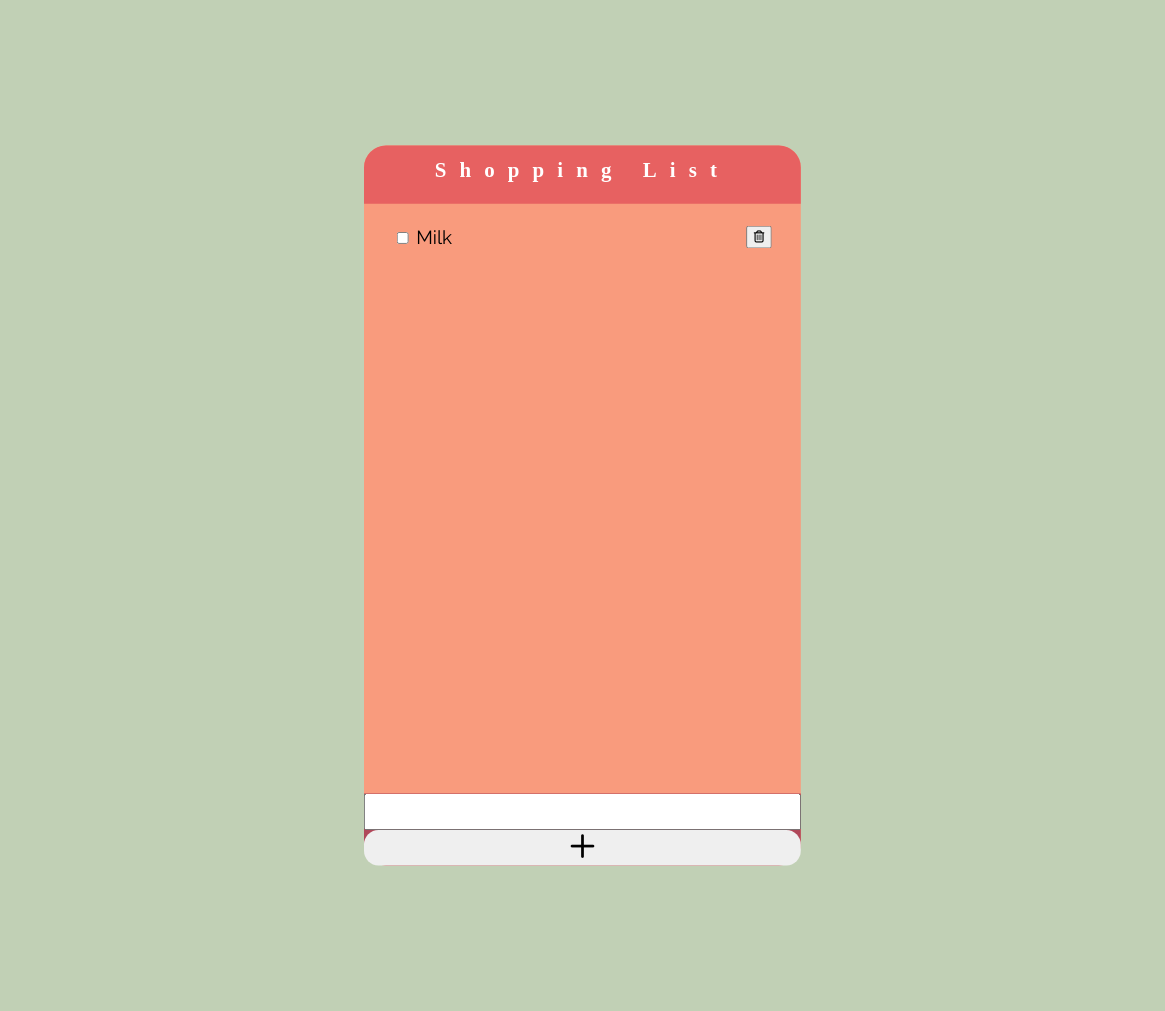
Repository: sephinejo/shopping-list-app
Page: index.html
These files come from the project's save history. The page is drawn as it stood at one moment and after the next save; the edit follows.
The browser window is 1280 px wide. The pictures show the whole page, at 91% of full size.
Some web fonts or font styles are not loaded; a fallback is used. Some web libraries are served in a nearby version.

Above is the page before, as saved 2023-05-12 11:12:50.

### index.html
<!DOCTYPE html>
<html lang="en">
  <head>
    <meta charset="UTF-8" />
    <meta http-equiv="X-UA-Compatible" content="IE=edge" />
    <meta name="viewport" content="width=device-width, initial-scale=1.0" />
    <title>Shopping List 🛍️🛒</title>
    <link rel="preconnect" href="https://fonts.googleapis.com" />
    <link rel="preconnect" href="https://fonts.gstatic.com" crossorigin />
    <link
      href="https://fonts.googleapis.com/css2?family=Alice&family=Raleway:wght@400;600;700;800&display=swap"
      rel="stylesheet"
    />
    <script
      src="https://kit.fontawesome.com/9ac80604cb.js"
      crossorigin="anonymous"
    ></script>
    <script src="main.js" defer></script>
    <link rel="stylesheet" href="style.css" />
  </head>
  <body>
    <section class="container">
      <header class="header">Shopping List</header>
      <ul class="items">
        <li class="item__row">
          <div class="item">
            <input id="item__checkbox" name="item__checkbox" type="checkbox" />
            <label for="item__checkbox">Milk</label>
          </div>
          <button><i class="fa-regular fa-trash-can"></i></button>
        </li>
      </ul>
      <footer>
        <input class="input" type="text" />
        <button class="footer__button">
          <i class="fa-regular fa-plus"></i>
        </button>
      </footer>
    </section>
  </body>
</html>

### style.css
* {
  box-sizing: border-box;
}

body {
  text-align: center;
  background-color: #c1d0b5;
}

.container {
  margin: 10rem auto;
  width: 30rem;
  background-color: #f99b7d;
  border-radius: 1.5rem;
}

.header {
  height: 4rem;
  padding: 15px;
  font-family: 'Alice';
  font-size: 23px;
  font-weight: 700;
  color: white;
  letter-spacing: 0.9rem;
  background: #e76161;
  border-radius: 1.5rem 1.5rem 0 0;
}

.items {
  height: 600px;
  overflow-y: auto;
  margin: 1.5rem 2rem;
  padding: 0;
}

.item__row {
  display: flex;
  justify-content: space-between;
  font-size: 1.3rem;
  font-family: 'Raleway';
  font-weight: 500;
}

footer {
  background: #b04759;
  display: flex;
  flex-direction: column;
  border-radius: 0 0 1.5rem 1.5rem;
}

.input {
  height: 40px;
  outline: none;
  font-size: 1.4rem;
}

.footer__button {
  border-style: none;
  border-radius: 1rem;
  cursor: pointer;
  font-size: 2rem;
}

Loaded but not shown: main.js (no copy from this time; the picture is the same without it)

After the next save:
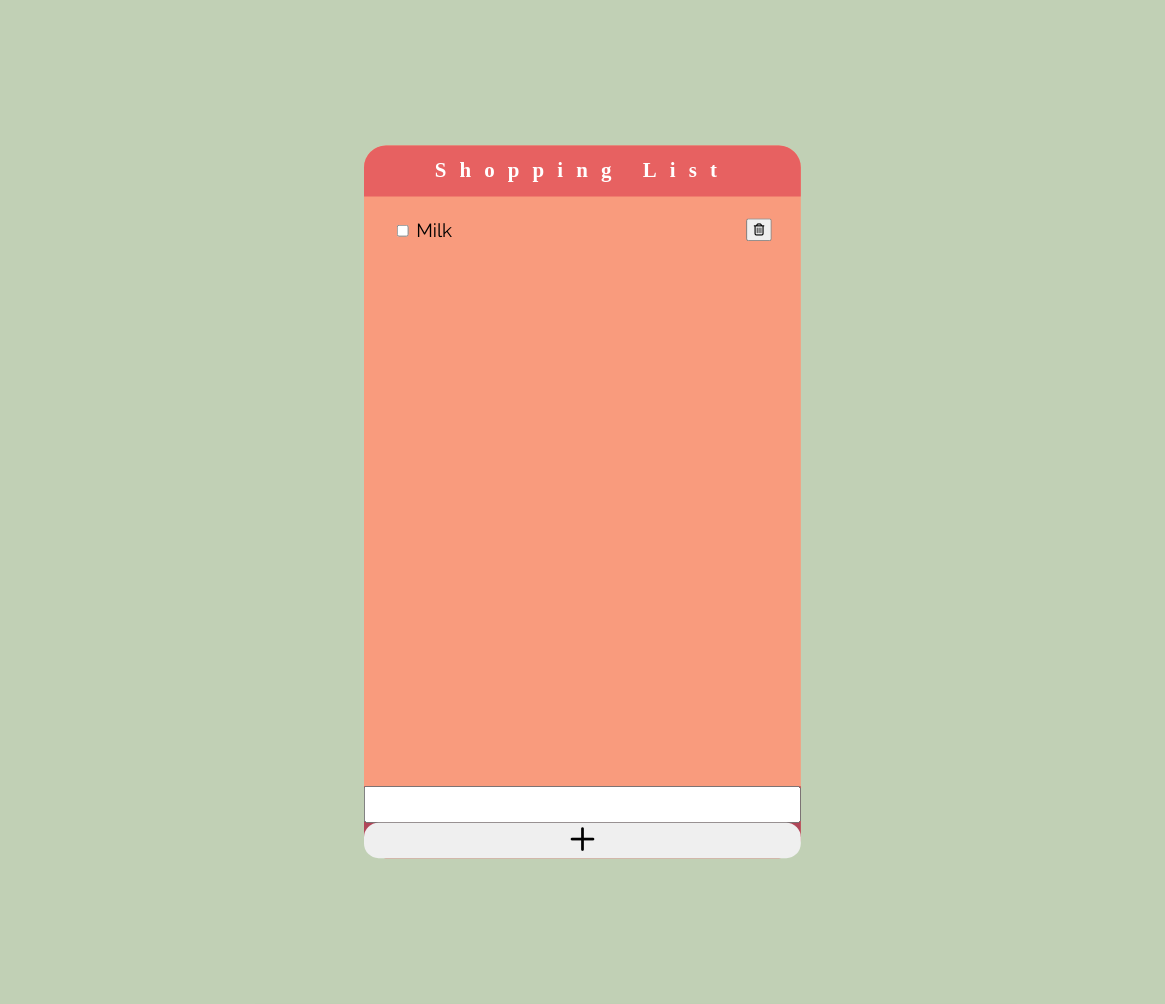
Saved 4 s later.
--- a/style.css
+++ b/style.css
@@ -15,7 +15,7 @@ body {
 }
 
 .header {
-  height: 4rem;
+  height: 3.5rem;
   padding: 15px;
   font-family: 'Alice';
   font-size: 23px;
